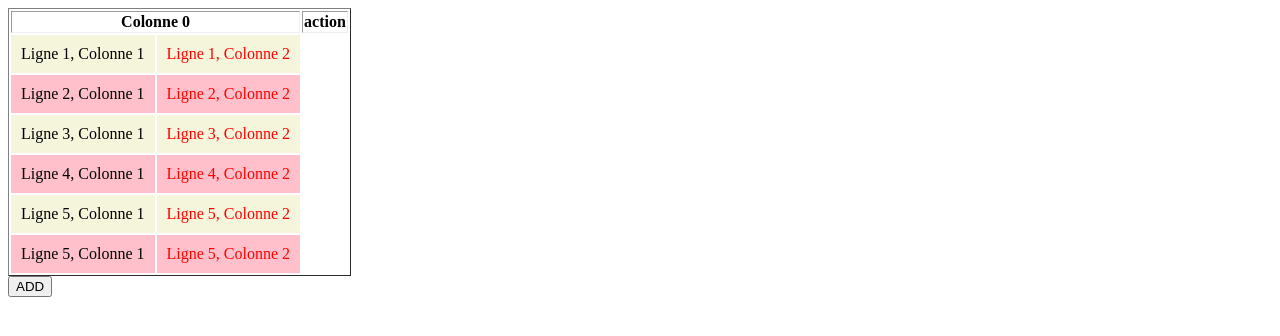
Repository: Chaimaa482/web-tp4
Page: ex1.html
These files come from the project's save history. The page is drawn as it stood at one moment and after the next save; the edit follows.
The browser window is 1280 px wide. The pictures show the whole page.

Above is the page before, as saved 2023-10-29 15:04:15.

After the next save:
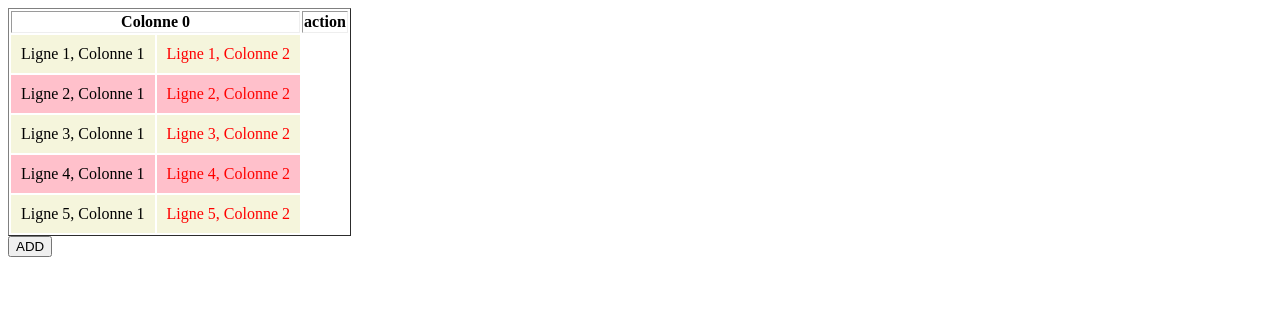
Saved 9 s later.
--- a/ex1.html
+++ b/ex1.html
@@ -24,10 +24,6 @@
         <tr>
             <td>Ligne 4, Colonne 1</td>
             <td>Ligne 4, Colonne 2</td>
-        </tr>
-        <tr>
-            <td>Ligne 5, Colonne 1</td>
-            <td>Ligne 5, Colonne 2</td>
         </tr>
         <tr>
             <td>Ligne 5, Colonne 1</td>
